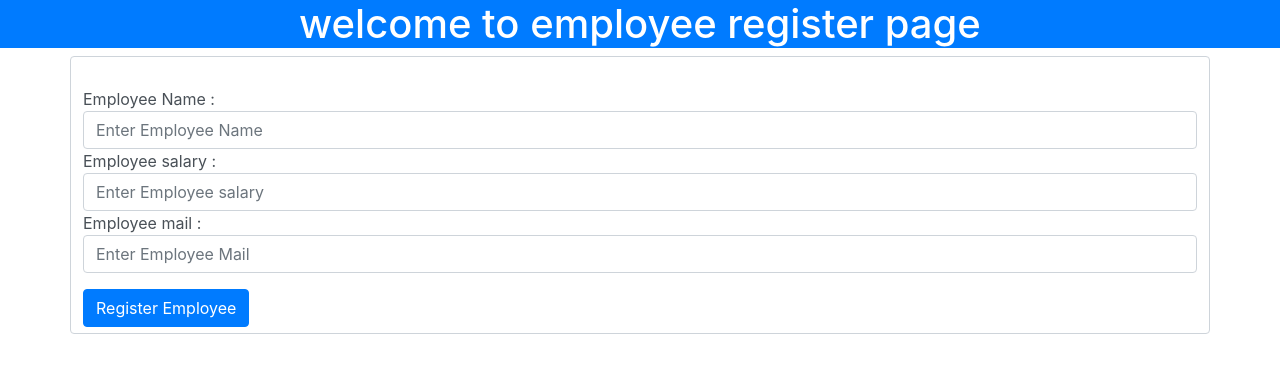
Repository: lokeshsukhwal/EmployeeMiniProject
Page: http://localhost/EmployeeEdit
An editor plug-in stored every save of this project. The page is shown before and after the next save, followed by the edit.
The browser window is 1280 px wide. The pictures show the whole page.
The page is this project's Thymeleaf template; nobody is signed in. The template is opened directly, without the code that normally fills it, so the values that code supplies are empty.

Above is the page before, as saved 2023-01-16 11:57:43.

After the next save:
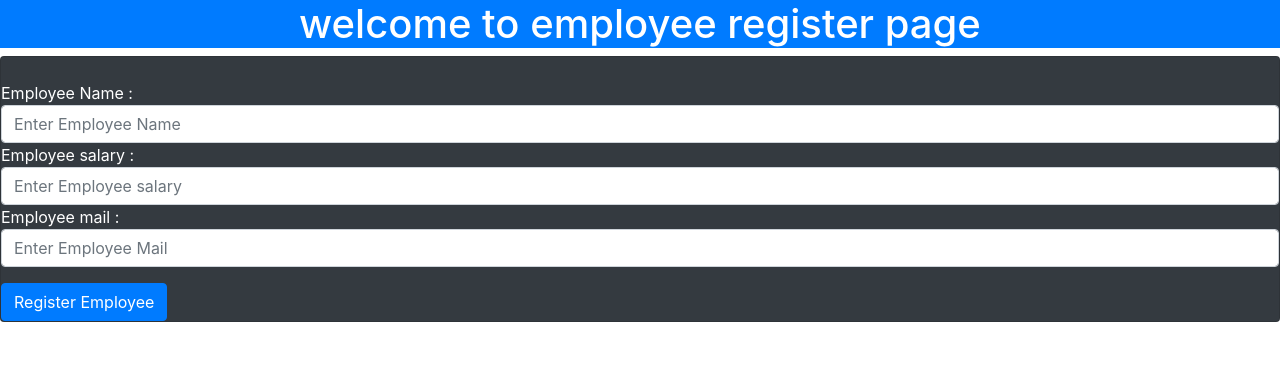
Saved 2 min 39 s later.
--- a/SpringBootMvc-ThymeleafMySqlCrudMiniProject/src/main/resources/templates/EmployeeEdit.html
+++ b/SpringBootMvc-ThymeleafMySqlCrudMiniProject/src/main/resources/templates/EmployeeEdit.html
@@ -11,7 +11,7 @@
 <body>
 	<h1 class="bg-primary text-white text-center">welcome to employee
 		register page</h1>
-	<div class="container form-control">
+	<div class="card bg-dark text-white">
 		<form action="save" method="post" class="mt-4">
 			Employee Name : <input type="text" name="empName"
 				class="form-control" placeholder="Enter Employee Name">
